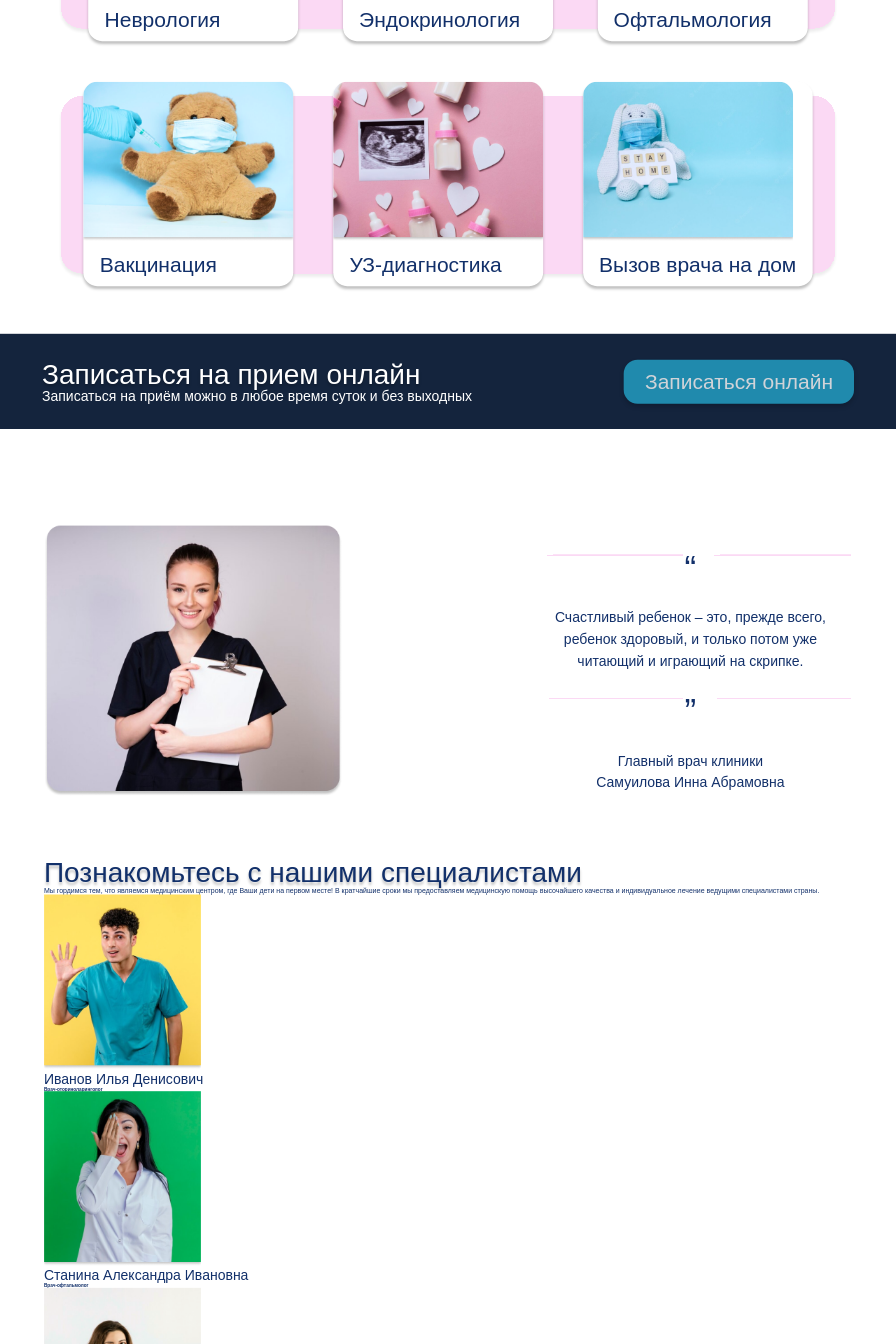
Repository: Normandy72/Landing-Page-Happy-Child
Page: index.html
An editor plug-in stored every save of this project. The page is shown before and after the next save, followed by the edit.
The browser window is 1280 px wide. The pictures show the part of the page from y = 2187 to 4107 px (the page is 8064 px tall), at 70% of full size.
Some web fonts or font styles are not loaded; a fallback is used.

Above is the page before, as saved 2022-11-12 14:34:30.

After the next save:
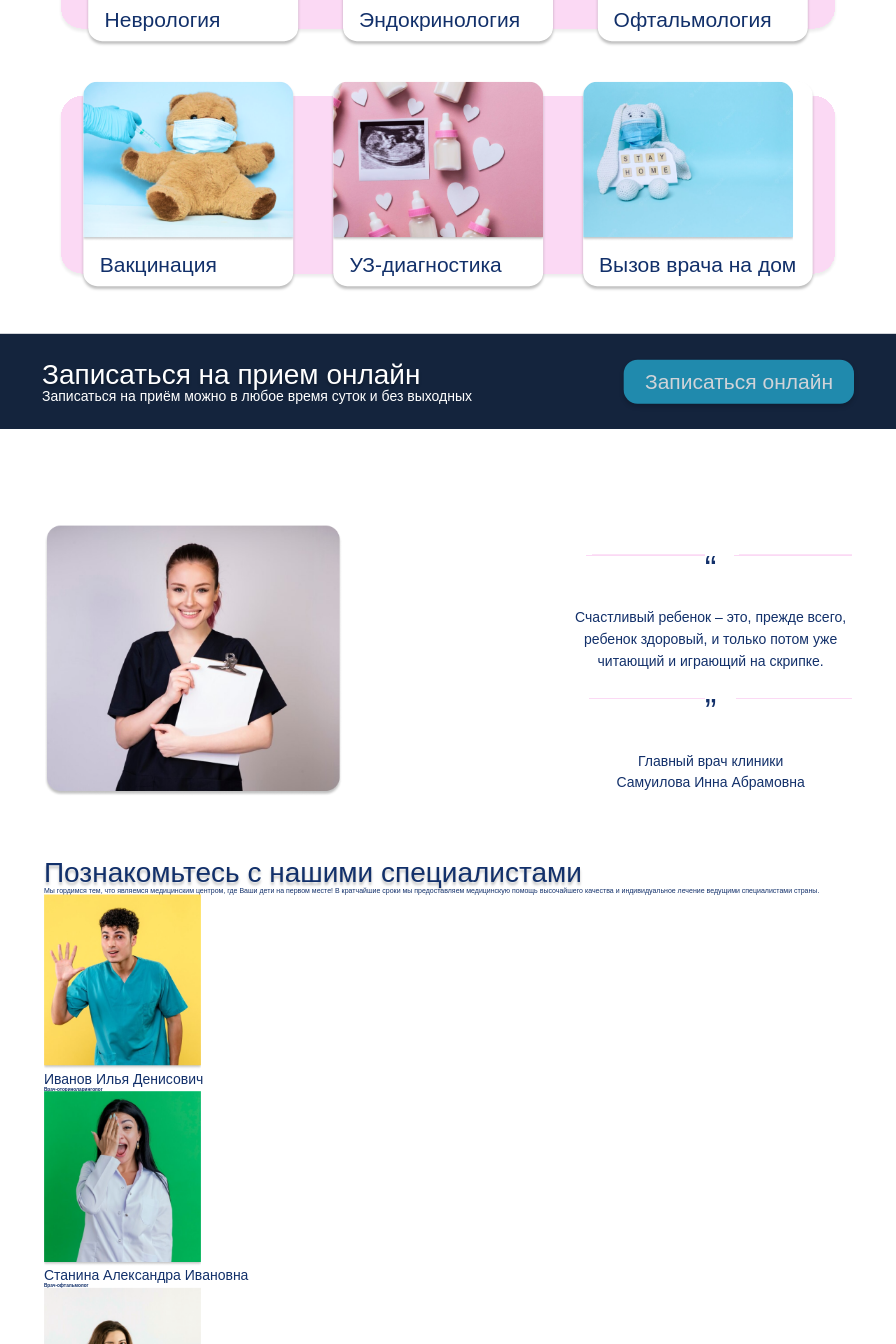
Saved 44 s later.
--- a/styles/section_chief.css
+++ b/styles/section_chief.css
@@ -12,7 +12,7 @@
 }
 
 .chief__text{
-    width: 40%;
+    width: 35%;
     display: flex;
     flex-direction: column;
     justify-content: space-between;
